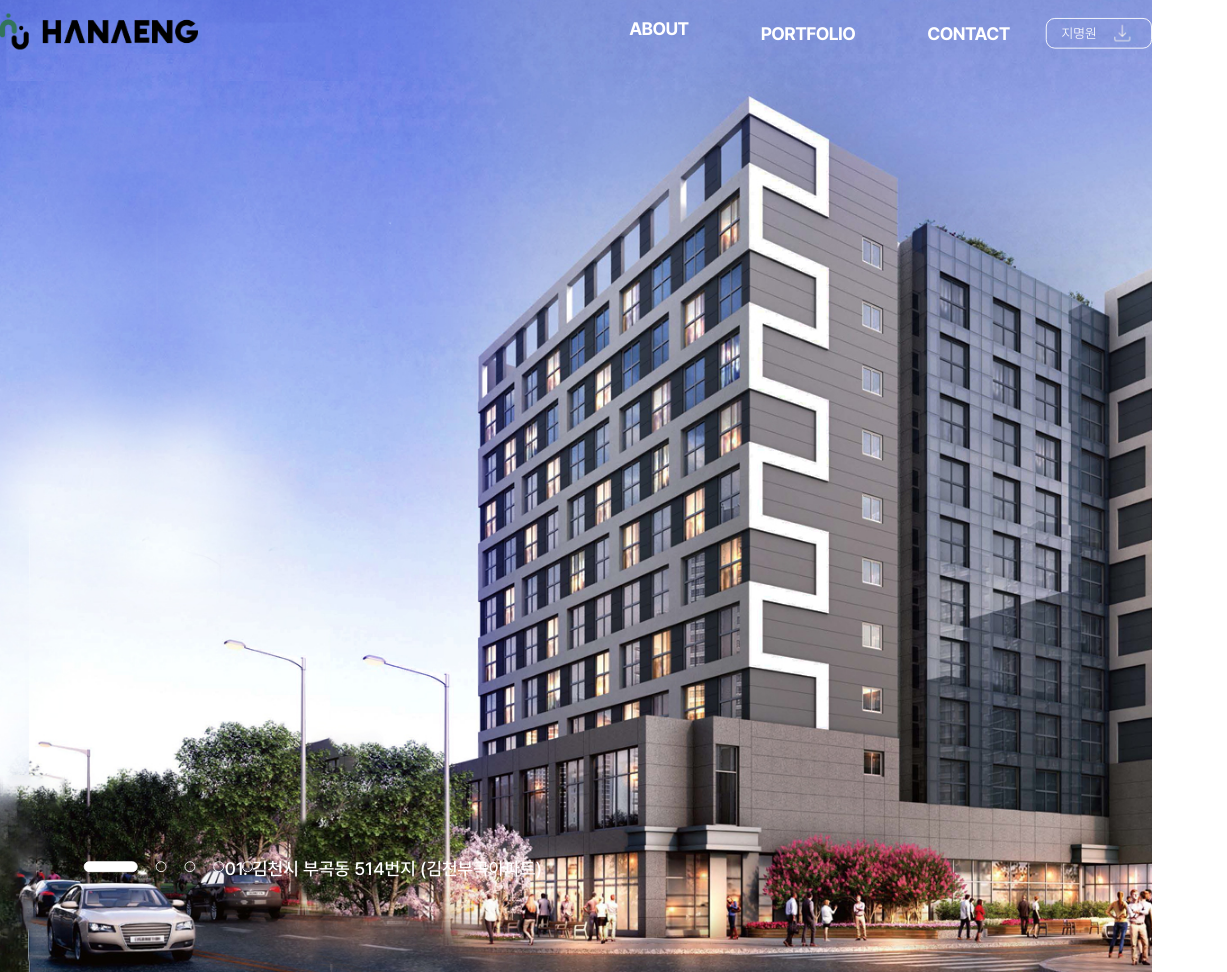
Repository: makeditWeb/hanaenc
Page: main.html
An editor plug-in stored every save of this project. The page is shown before and after the next save, followed by the edit.
The browser window is 1280 px wide. The page is 1363 px wide, so the pictures cover 1363 px, including what lies to the right of the window. The pictures show the whole page, at 90% of full size.
Some web libraries are served in a nearby version.

Above is the page before, as saved 2023-07-05 19:01:03.

### main.html
<!DOCTYPE html>
<html lang="en">
<head>
    <meta charset="UTF-8">
    <meta name="viewport" content="width=device-width, initial-scale=1.0">
    <title>Document</title>

    <link rel="stylesheet" href="./css/style.css">

    <link rel="stylesheet" type="text/css" href="//cdn.jsdelivr.net/npm/slick-carousel@1.8.1/slick/slick.css"/>
</head>
<body>
    <header id="nav-menu" aria-label="navigation bar">
        <div class="container">
            <div class="nav-start">
                <a class="logo" href="/">
                    <img src="./image/logo_b.png"alt="Logo" />
                </a>

            </div>



            <div class="nav-end">
                <nav class="menu">
                    <ul class="menu-bar">
                        <li>
                            <button class="nav-link dropdown-btn" data-dropdown="dropdown1" aria-haspopup="true"
                                aria-expanded="false" aria-label="discover">
                                ABOUT
                            </button>
                            <div id="dropdown1" class="dropdown">
                                <ul role="menu">
                                    <li role="menuitem">
                                        <a class="dropdown-link" href="#branding">회사소개 및 연혁</a>
                                    </li>
                                    <li role="menuitem">
                                        <a class="dropdown-link" href="#branding">사업분야</a>
                                    </li>
                                    <li role="menuitem">
                                        <a class="dropdown-link" href="#illustrations">조직도</a>
                                    </li>
                                    <li role="menuitem">
                                        <a class="dropdown-link" href="#illustrations">인증현황</a>
                                    </li>
                                </ul>
                            </div>
                        </li>
                        <li><a class="nav-link" href="/">PORTFOLIO</a></li>
                        <li><a class="nav-link" href="/">CONTACT</a></li>
                    </ul>
                </nav>
                <div class="download_wrap">
                    <p>지명원</p>
                    <img src="./image/navbar_down_w.png">
                </div>
                <button id="hamburger" aria-label="hamburger" aria-haspopup="true" aria-expanded="false">
                    <i class="bx bx-menu" aria-hidden="true"></i>
                </button>
            </div>
        </div>
    </header>

    <section class="main">
        <div class="main-slide-wrap">
            <div class="main-slide">
                <img src="./image/main_slide1.jpg" alt="slide1">
                <p class="slide_title">01. 김천시 부곡동 514번지 (김천부곡아파트)</p>
            </div>
            <div class="main-slide">
                <img src="./image/main_slide2.jpg" alt="slide1">
                <p class="slide_title">01. 김천시 부곡동 514번지 (김천부곡아파트)</p>
            </div>
            <div class="main-slide">
                <img src="./image/main_slide3.jpg" alt="slide1">
                <p class="slide_title">01. 김천시 부곡동 514번지 (김천부곡아파트)</p>
            </div>
            <div class="main-slide">
                <img src="./image/main_slide4.jpg" alt="slide1">
                <p class="slide_title">01. 김천시 부곡동 514번지 (김천부곡아파트)</p>
            </div>
            <div class="main-slide">
                <img src="./image/main_slide5.jpg" alt="slide1">
                <p class="slide_title">01. 김천시 부곡동 514번지 (김천부곡아파트)</p>
            </div>
        </div>
    </section>
</body>

<script type="text/javascript" src="//code.jquery.com/jquery-1.11.0.min.js"></script>
<script type="text/javascript" src="//cdn.jsdelivr.net/npm/slick-carousel@1.8.1/slick/slick.min.js"></script>
<script src="./js/main.js"></script>

<script>
    $(document).ready(function () {
        $('.main-slide-wrap').slick({
            infinite: true,
            slidesToShow: 1,
            dots: true,
            arrows:false,
        });
    });
</script>
</html>

### css/style.css
* {
    margin: 0;
    padding: 0;
    box-sizing: border-box;
}

:root {
    --dark-grey: #333333;
    --medium-grey: #636363;
    --light-grey: #eeeeee;
    --ash: #f4f4f4;
    --primary-color: #2b72fb;
    --white: white;
    --border: 1px solid var(--light-grey);
    --shadow: rgba(0, 0, 0, 0.05) 0px 6px 24px 0px,
        rgba(0, 0, 0, 0.08) 0px 0px 0px 1px;
    --main-color:#009078;
}


@font-face {
    font-family: 'Pretendard-Thin';
    src: url('../font/Pretendard-Thin.woff') format('woff'),
        url('../font/Pretendard-Thin.woff2') format('woff2');
    font-weight: 100;
    font-style: normal;
}

@font-face {
    font-family: 'Pretendard-ExtraLight';
    src: url('../font/Pretendard-ExtraLight.woff') format('woff'),
    url('../font/Pretendard-ExtraLight.woff2') format('woff2');
    font-weight: 200;
    font-style: normal;
}

@font-face {
    font-family: 'Pretendard-Light';
    src: url('../font/Pretendard-Light.woff') format('woff'),
    url('../font/Pretendard-Light.woff2') format('woff2');
    font-weight: 300;
    font-style: normal;
}

@font-face {
    font-family: 'Pretendard-Regular';
    src: url('../font/Pretendard-Regular.woff') format('woff'),
    url('../font/Pretendard-Regular.woff2') format('woff2');
    font-weight: 400;
    font-style: normal;
}

@font-face {
    font-family: 'Pretendard-Medium';
    src: url('../font/Pretendard-Medium.woff') format('woff'),
    url('../font/Pretendard-Medium.woff2') format('woff2');
    font-weight: 500;
    font-style: normal;
}

@font-face {
    font-family: 'Pretendard-SemiBold';
    src: url('../font/Pretendard-SemiBold.woff') format('woff'),
    url('../font/Pretendard-SemiBold.woff2') format('woff2');
    font-weight: 600;
    font-style: normal;
}

@font-face {
    font-family: 'Pretendard-Bold';
    src: url('../font/Pretendard-Bold.woff') format('woff'),
    url('../font/Pretendard-Bold.woff2') format('woff2');
    font-weight: 700;
    font-style: normal;
}

@font-face {
    font-family: 'Pretendard-ExtraBold';
    src: url('../font/Pretendard-ExtraBold.woff') format('woff'),
    url('../font/Pretendard-ExtraBold.woff2') format('woff2');
    font-weight: 800;
    font-style: normal;
}

@font-face {
    font-family: 'Pretendard-Black';
    src: url('../font/Pretendard-Black.woff') format('woff'),
    url('../font/Pretendard-Black.woff2') format('woff2');
    font-weight: 800;
    font-style: normal;
}


body {
    font-family: inherit;

}

ul {
    list-style: none;
}

a {
    text-decoration: none;
}

button {
    border: none;
    background-color: transparent;
    cursor: pointer;
    outline: none;
}

.btn {
    display: block;
    text-align: center;
    padding: 0.6rem 1.4rem;
    font-size: 1rem;
    font-weight: 500;
    border-radius: 5px;
}


.logo {
    width: 220px;
    height: auto;
}

.logo img{
    width: 100%;
    height: 100%;
}

#nav-menu {
    background-color: transparent;
    position: fixed;
    top: 0;
    left: 0;
    height: 100px;
    width: 100%;
    z-index: 9;
    height: 90px;
}

.container {
    display: flex;
    align-items: center;
    justify-content: space-between;
    column-gap: 2rem;

    max-width: 1410px;
    margin: 0 auto;
}

.menu {
    position: relative;
}

.menu-bar li{
    position: relative;
    padding: 10px 0;
}

.menu-bar li:first-child{
    padding: 0 0 10px;
}


.menu-bar .dropdown-link-title {
    font-weight: 600;
}


.menu-bar .nav-link {
    font-size: 20px;
    letter-spacing: -0.6px;
    padding: 20px 40px;
    color: #fff;
    font-family: 'Pretendard-Bold';
    box-sizing: border-box;
    position: relative;
}

.menu-bar li:first-child .nav-link:hover::after{
    position: absolute;
    content: "";
    border-bottom: 4px solid var(--main-color);
    width: 50px;
    bottom: 9px;
    left: 50%;
    transform: translate(-50%);
}

.menu-bar .nav-link:hover,
.dropdown-link:hover {
    color: #fff;
}

.nav-start,
.nav-end,
.menu-bar,
.right-container,
.right-container .search {
    display: flex;
    align-items: center;
}

.dropdown {
    display: flex;
    flex-direction: column;
    width: 180px;
    height: 220px;
    background-color: var(--main-color);
    border-radius: 10px;
    position: absolute;
    top: 80px;
    left: -25px;
    z-index: 1;
    visibility: hidden;
    opacity: 0;
    transform: scale(0.97) translateX(-5px);
    transition: 0.1s ease-in-out;
    box-shadow: var(--shadow);
}

.dropdown.active {
    visibility: visible;
    opacity: 1;
    transform: scale(1) translateX(5px);
}

.dropdown ul {
    display: flex;
    flex-direction: column;
    padding: 27px 25px;
}

.dropdown-btn {
    display: flex;
    align-items: center;
    justify-content: space-between;
    gap: 0.15rem;
}

.dropdown-link {
    color: #fff;
    transition: 0.1s ease-in-out;
}

.dropdown-link p {
    font-size: 20px;
}

.right-container {
    display: flex;
    align-items: center;
    column-gap: 1rem;
}

.right-container .search {
    position: relative;
}

.right-container img {
    border-radius: 50%;
}

.search input {
    background-color: var(--ash);
    border: none;
    border-radius: 6px;
    padding: 0.7rem;
    padding-left: 2.4rem;
    font-size: 16px;
    width: 100%;
    border: var(--border);
}

.search .bx-search {
    position: absolute;
    left: 10px;
    top: 50%;
    font-size: 1.3rem;
    transform: translateY(-50%);
    opacity: 0.6;
}

#hamburger {
    display: none;
    padding: 0.1rem;
    margin-left: 1rem;
    font-size: 1.9rem;
}

.download_wrap{
    display: flex;
    align-items: center;
    justify-content: center;
    border: 1px solid #fff;
    border-radius: 10px;
    width: 118px;
    height: 34px;

}

.download_wrap p{
    font-size: 15px;
    color: #fff;
    font-family: 'Pretendard-Light';
    margin-right: 14px;
}

.download_wrap img{
    width: 30px;
    height: 30px;
}

.main-slide {
    width: 100%;
    position: relative;
}

.main-slide p{
    color: #fff;
    position: absolute;
    bottom: 103px;
    left: 19.5%;
    font-size: 20px;
    font-family: 'Pretendard-Medium';
}

.slick-dots{
    display: flex;
    align-items: center;
    padding: 1rem 0;
    list-style-type: none;
    position: absolute;
    bottom: 95px;
    max-width: 1410px;
    width: 100%;
    margin: 0 auto;
    left: 6.5%;
}

.slick-dots li {
    margin: 0 10px;
}

.slick-dots button {
    display: block;
    width: 12px;
    height: 12px;
    border-radius: 50%;
    padding: 0;
    border: none;
    background-color: transparent;
    border: 1px solid #fff;
    text-indent: -9999px;
}

.slick-dots li.slick-active button {
    width: 60px;
    height: 12px;
    background-color: #fff;
    border-radius: 10px;
  }

@media (max-width: 1100px) {
    #hamburger {
        display: block;
    }

    .container {
        padding: 1.2rem;
    }

    .menu {
        display: none;
        position: absolute;
        top: 87px;
        left: 0;
        min-height: 100vh;
        width: 100vw;
    }



    .dropdown {
        display: none;
        min-width: 100%;
        border: none !important;
        border-radius: 5px;
        position: static;
        top: 0;
        left: 0;
        visibility: visible;
        opacity: 1;
        transform: none;
        box-shadow: none;
    }

    .menu.show,
    .dropdown.active {
        display: block;
    }

    .dropdown ul {
        padding-left: 0.3rem;
    }

    .menu-bar {
        display: flex;
        flex-direction: column;
        align-items: stretch;
        row-gap: 1rem;
        padding: 1rem;
    }

    .menu-bar .nav-link {
        display: flex;
        justify-content: space-between;
        width: 100%;
        font-weight: 600;
        font-size: 1.2rem;
        margin: 0;
    }

    .menu-bar li:first-child .dropdown {
        min-width: 100%;
    }

    .menu-bar>li:not(:last-child) {
        padding-bottom: 0.5rem;
        border-bottom: var(--border);
    }
}

@media (max-width: 600px) {
    .right-container {
        display: none;
    }
}

### js/main.js


// main

const dropdownBtn = document.querySelectorAll(".dropdown-btn");
const dropdown = document.querySelectorAll(".dropdown");
const hamburgerBtn = document.getElementById("hamburger");
const navMenu = document.querySelector(".menu");
const links = document.querySelectorAll(".dropdown a");

function setAriaExpandedFalse() {
  dropdownBtn.forEach((btn) => btn.setAttribute("aria-expanded", "false"));
}

function closeDropdownMenu() {
  dropdown.forEach((drop) => {
    drop.classList.remove("active");
    drop.addEventListener("click", (e) => e.stopPropagation());
  });
}

function toggleHamburger() {
  navMenu.classList.toggle("show");
}

dropdownBtn.forEach((btn) => {
  btn.addEventListener("click", function (e) {
    const dropdownIndex = e.currentTarget.dataset.dropdown;
    const dropdownElement = document.getElementById(dropdownIndex);

    dropdownElement.classList.toggle("active");
    dropdown.forEach((drop) => {
      if (drop.id !== btn.dataset["dropdown"]) {
        drop.classList.remove("active");
      }
    });
    e.stopPropagation();
    btn.setAttribute(
      "aria-expanded",
      btn.getAttribute("aria-expanded") === "false" ? "true" : "false"
    );
  });
});

// close dropdown menu when the dropdown links are clicked
links.forEach((link) =>
  link.addEventListener("click", () => {
    closeDropdownMenu();
    setAriaExpandedFalse();
    toggleHamburger();
  })
);

// close dropdown menu when you click on the document body
document.documentElement.addEventListener("click", () => {
  closeDropdownMenu();
  setAriaExpandedFalse();
});

// close dropdown when the escape key is pressed
document.addEventListener("keydown", (e) => {
  if (e.key === "Escape") {
    closeDropdownMenu();
    setAriaExpandedFalse();
  }
});

// toggle hamburger menu
hamburgerBtn.addEventListener("click", toggleHamburger);

After the next save:
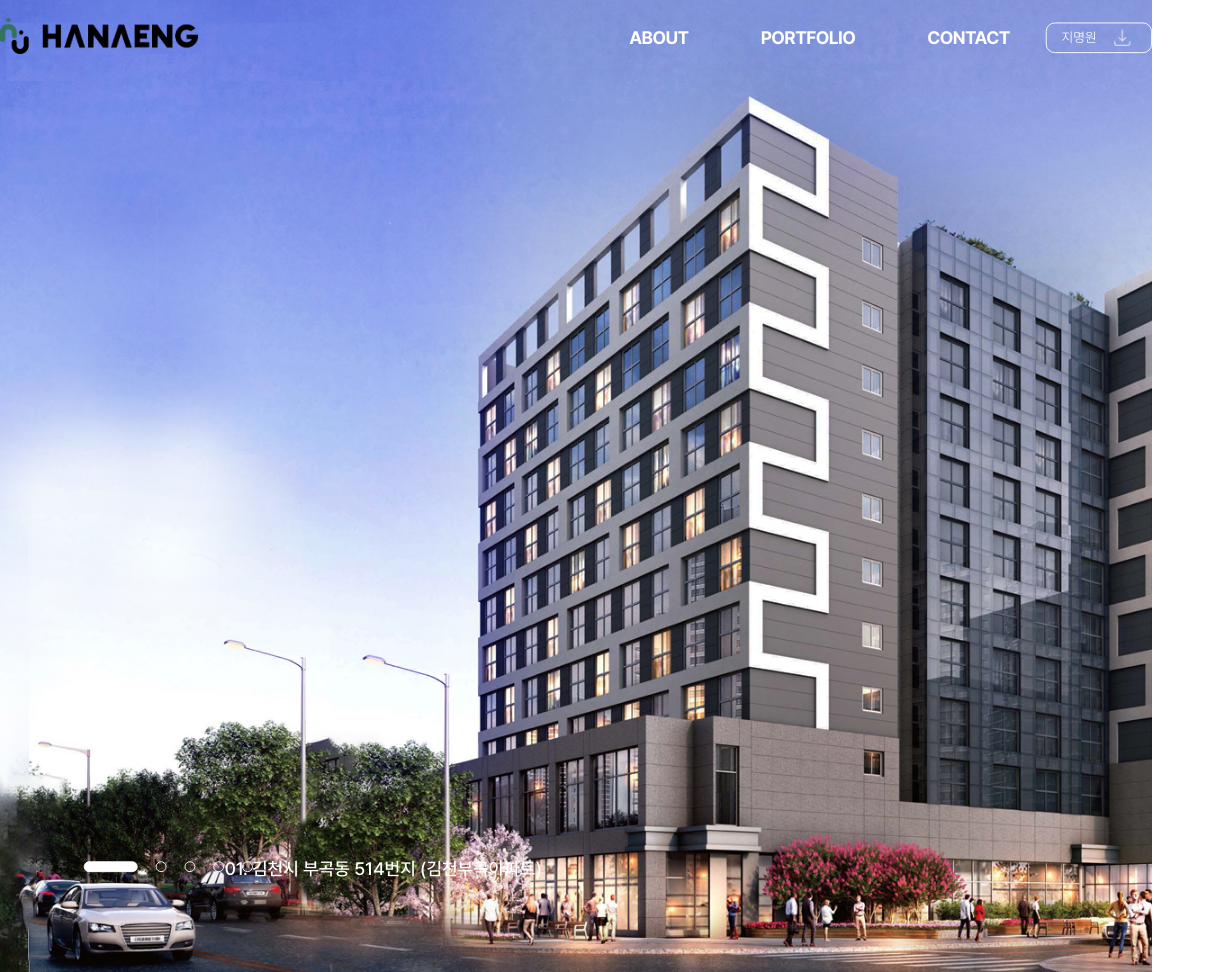
Saved 56 s later.
--- a/css/style.css
+++ b/css/style.css
@@ -161,9 +161,6 @@
     padding: 10px 0;
 }
 
-.menu-bar li:first-child{
-    padding: 0 0 10px;
-}
 
 
 .menu-bar .dropdown-link-title {
